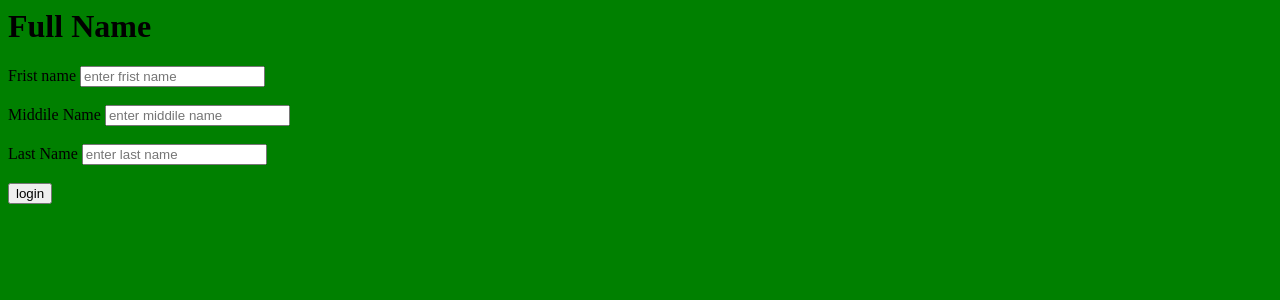
Repository: kumarapala/adv-java
Page: FullName/src/main/webapp/form.html
An editor plug-in stored every save of this project. The page is shown before and after the next save, followed by the edit.
The browser window is 1280 px wide. The pictures show the whole page.

Above is the page before, as saved 2024-02-07 03:15:29.

### FullName/src/main/webapp/form.html
<html>
	<head>
	<title>Full Name</title>
	</head>
	<body bgcolor = "green">
	<h1>Full Name</h1>
	<form method = "get" action = "FullName">
	<label>Frist name</label>
	<input type = "text" name ="Frist Name"
	placeholder ="enter frist name" required/>
	<br><br>
	<label>Middile Name</label>
	<input type = "text" name = "Middile Name"
	placeholder ="enter middile name" required/>
	<br><br>
	<label>Last Name</label>
	<input type = "text" name = "Last Name"
	placeholder = "enter last name" required/>
	<br><br>

	<input type = "submit" value = "login"/>
	</form>

	</body>
</html>

After the next save:
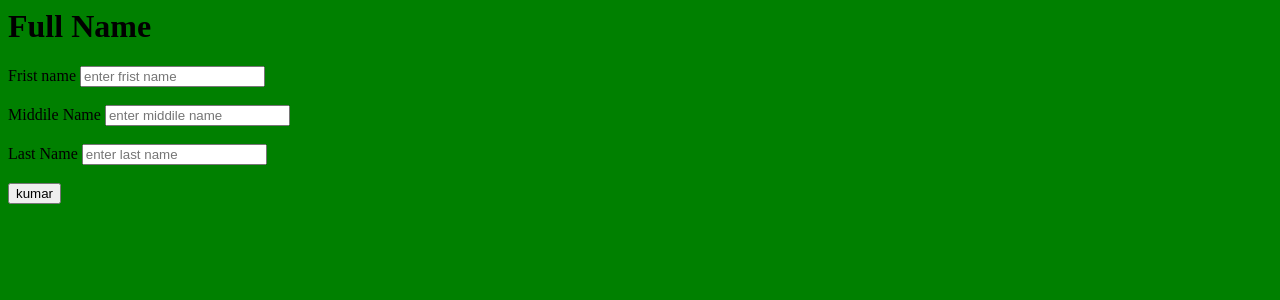
Saved 3 min 46 s later.
--- a/FullName/src/main/webapp/form.html
+++ b/FullName/src/main/webapp/form.html
@@ -18,7 +18,7 @@
 	placeholder = "enter last name" required/>
 	<br><br>
 
-	<input type = "submit" value = "login"/>
+	<input type = "submit" value = "kumar"/>
 	</form>
 
 	</body>
